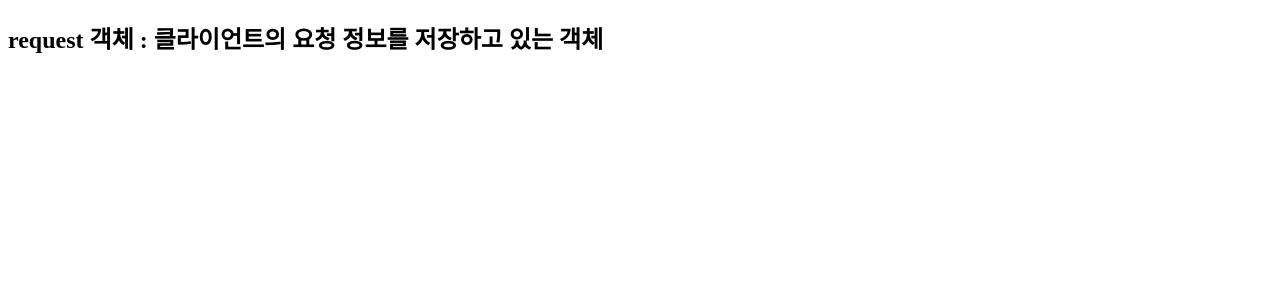
Repository: WONDongin/GoodeeAcademy_JAVA
Page: jsp_study/jspStudy/src/main/webapp/ex04_request/ex01_requestForm.html
These files come from the project's save history. The page is drawn as it stood at one moment and after the next save; the edit follows.
The browser window is 1280 px wide. The pictures show the whole page.

Above is the page before, as saved 2025-04-02 01:05:48.

After the next save:
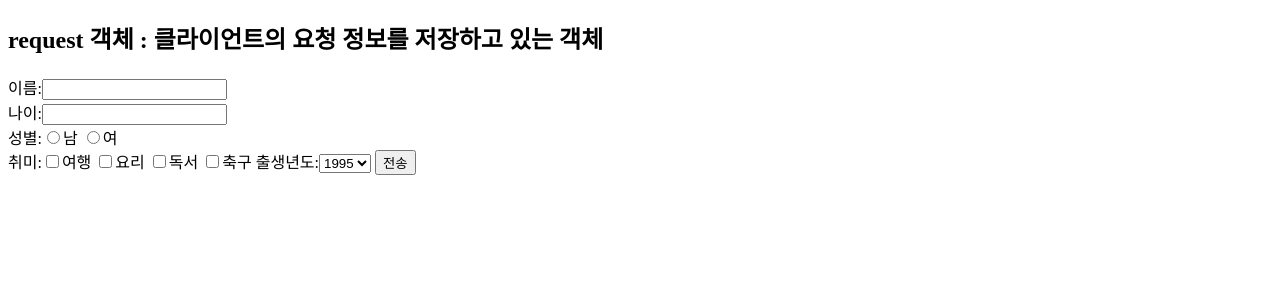
Saved 4 min 50 s later.
--- a/jsp_study/jspStudy/src/main/webapp/ex04_request/ex01_requestForm.html
+++ b/jsp_study/jspStudy/src/main/webapp/ex04_request/ex01_requestForm.html
@@ -8,6 +8,20 @@
 	<body>
 		<h2>request 객체 : 클라이언트의 요청 정보를 저장하고 있는 객체</h2>
 		<form action="ex01_request.jsp" method="post">
+		이름:<input type="text" name="name"><br/>
+		나이:<input type="text" name="age"><br/>
+		성별:<input type="radio" name="gender" value="1">남
+			<input type="radio" name="gender" value="2">여<br/>
+		취미:<input type="checkbox" name="hobby" value="여행">여행
+			<input type="checkbox" name="hobby" value="요리">요리
+			<input type="checkbox" name="hobby" value="독서">독서
+			<input type="checkbox" name="hobby" value="축구">축구
+		출생년도:<select name="year">
+		<option>1995</option><option>1995</option><option>1995</option>
+		<option>1995</option><option>1995</option><option>1995</option>
+		<option>1995</option><option>1995</option><option>1995</option>
+		</select>
+		<input type="submit" value="전송">
 		</form>
 	</body>
 </html>
